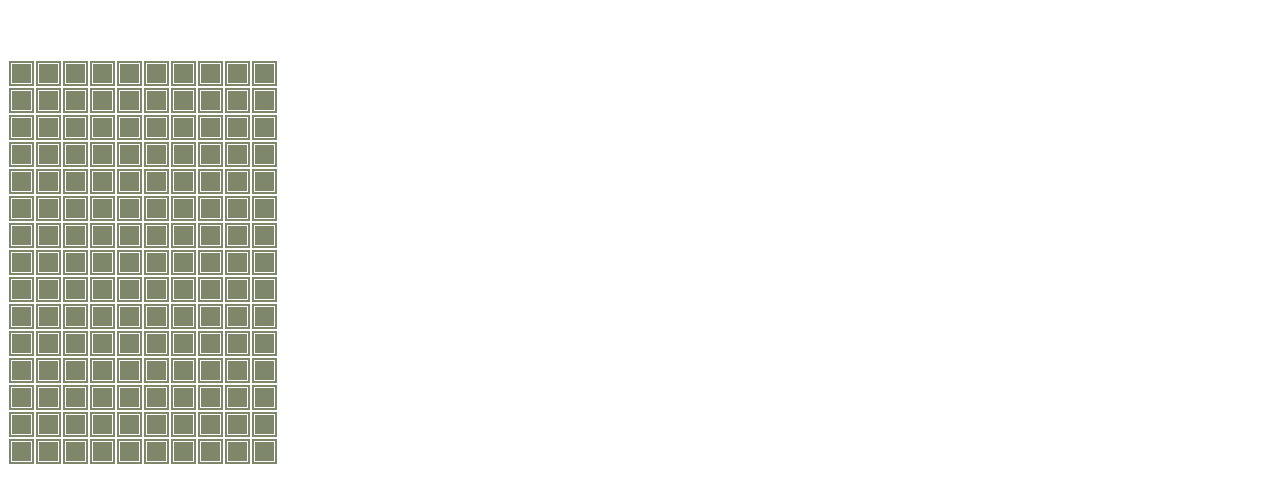
Repository: Muy-bien/Tetris
Page: /
The author's editor kept a copy of each file at every save. The page is drawn from the files as they stood at one save, then again after a run of saves.
The browser window is 1280 px wide. The pictures show the whole page.
The project was rebuilt for these pictures with package versions that can differ from the ones it lists, and the page was loaded fresh each time. Also part of the build but not shown: vite.config.js.

Above is the page before, as saved 2021-07-24 10:52:18.

### src/App.vue
<template>
  <div>
    <Game></Game>
  </div>
</template>

<script setup>
import Game from "./components/Game.vue";
</script>

<style>
#app {
  font-family: Avenir, Helvetica, Arial, sans-serif;
  -webkit-font-smoothing: antialiased;
  -moz-osx-font-smoothing: grayscale;
  text-align: center;
  color: #2c3e50;
  margin-top: 60px;
}
</style>

### src/components/Game.vue
<template>
  <div>
    <div class="row" v-for="i in gameRow" :key="i">
      <div v-for="j in gameCol" :key="j">
        <Box></Box>
      </div>
    </div>
  </div>
</template>

<script setup>
import Box from "./Box.vue";
import {gameRow, gameCol} from '../game/index'

</script>

<style scoped>
.row {
  display: flex;
}
</style>

### src/components/Box.vue
<template>
  <div class="box">
    <div class="box-main">{{type}}</div>
  </div>
</template>

<script setup>
    const props = defineProps(['type'])
</script>

<style scoped>
.box {
  width: 25px;
  height: 25px;
  margin: 1px;
  border: 2px solid #7f876a;
  padding: 1px;
  box-sizing: border-box;
}

.box-main {
    background-color: #7f876a;
    color: #fff;
    display: flex;
    justify-content: center;
    align-items: center;
    height: 100%;
}
</style>

### src/game/index.js
export * from './config'
import {gameRow, gameCol} from './config'

export const map = []
//init map
for (let i = 0; i < gameRow; i++) {
    map[i] = []
    for (let j = 0; j < gameCol; j++) {
        map[i][j] = 0
    }
}

### src/game/config.js
export const gameRow = 15
export const gameCol = 10

### src/game/map.js
import {gameRow, gameCol} from './config'
export const map = []
//init map
function initMap(map) {
    for (let i = 0; i < gameRow; i++) {
        map[i] = []
        for (let j = 0; j < gameCol; j++) {
            map[i][j] = 0
        }
    }
}

Loaded but not shown: index.html (common file); src/main.js (common file)

After the next 4 saves:
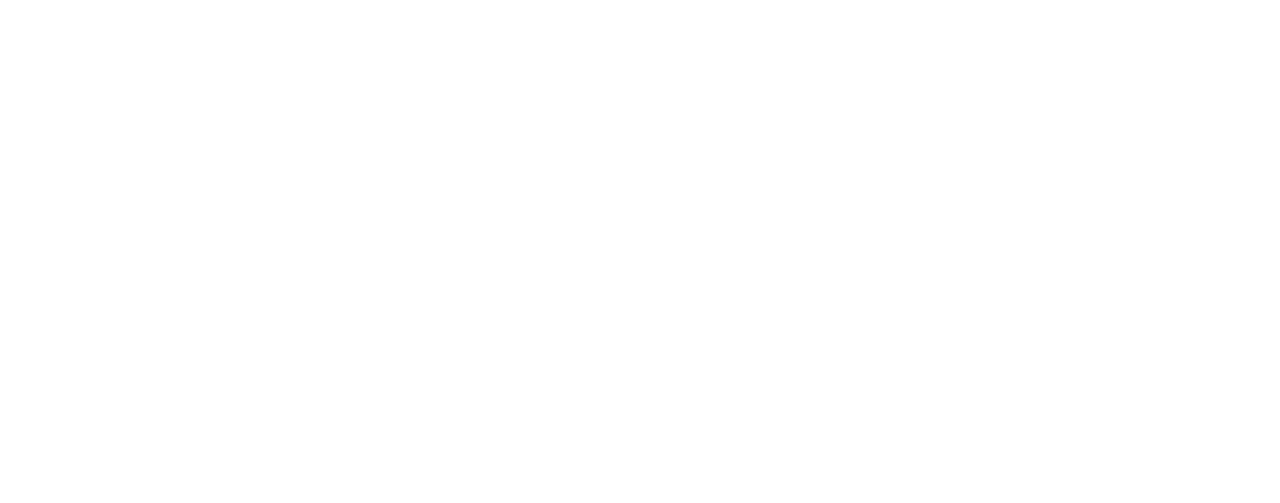
Console error: TypeError: Cannot set properties of undefined (setting '0')
The 4 saves are shown as one change because 3 did not build or start.
The last was saved 2 min 44 s later.
--- a/src/game/index.js
+++ b/src/game/index.js
@@ -1,11 +1,6 @@
-export * from './config'
-import {gameRow, gameCol} from './config'
+export * from './config.js'
+export {map} from './map.js'
+import {gameRow, gameCol} from './config.js'
+import {initMap} from './map.js'
 
-export const map = []
-//init map
-for (let i = 0; i < gameRow; i++) {
-    map[i] = []
-    for (let j = 0; j < gameCol; j++) {
-        map[i][j] = 0
-    }
-}
+initMap()
--- a/src/game/map.js
+++ b/src/game/map.js
@@ -1,7 +1,7 @@
 import {gameRow, gameCol} from './config'
 export const map = []
 //init map
-function initMap(map) {
+export function initMap(map) {
     for (let i = 0; i < gameRow; i++) {
         map[i] = []
         for (let j = 0; j < gameCol; j++) {

After the save that followed:
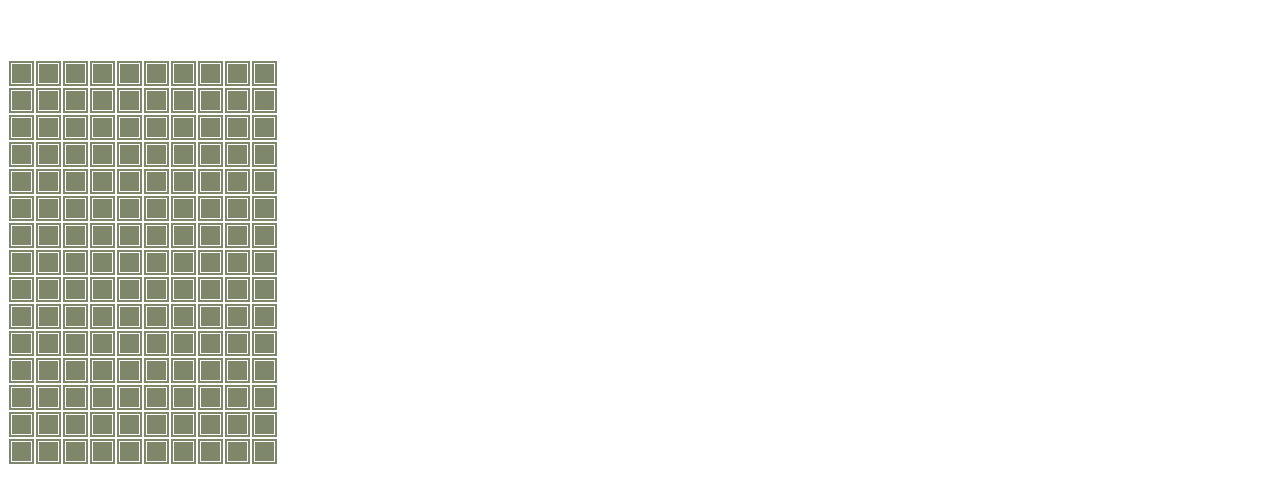
The error is gone.
Saved 23 s later.
--- a/src/game/map.js
+++ b/src/game/map.js
@@ -1,7 +1,7 @@
 import {gameRow, gameCol} from './config'
 export const map = []
 //init map
-export function initMap(map) {
+export function initMap() {
     for (let i = 0; i < gameRow; i++) {
         map[i] = []
         for (let j = 0; j < gameCol; j++) {
